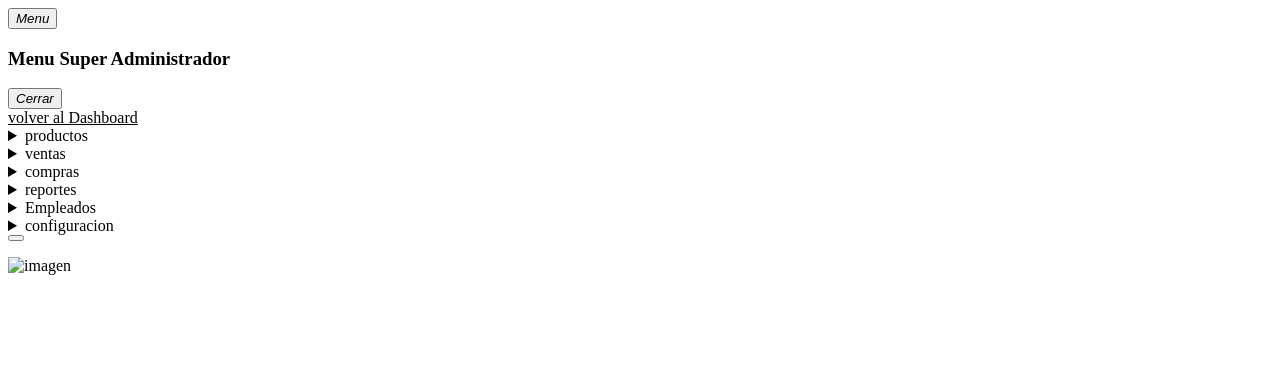
Repository: Rafa-x64/Gestion_inventario_practica
Page: http://localhost/Gestion_inventario/view/includes/header-admin.php
These files come from the project's save history. The page is drawn as it stood at one moment and after the next save; the edit follows.
The browser window is 1280 px wide. The pictures show the whole page.
The page is run by PHP 8.4 with error messages shown; the project is at /var/www/html/.

Above is the page before, as saved 2025-08-07 14:06:03.

After the next save:
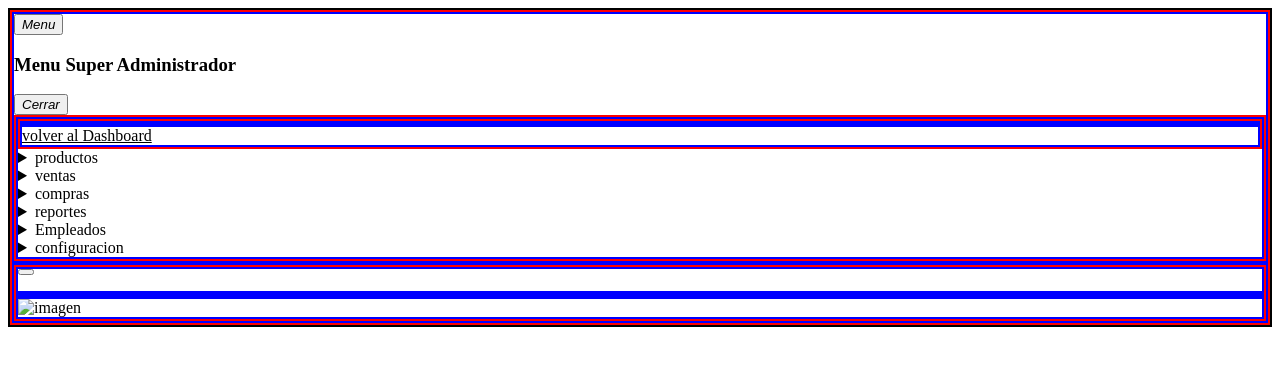
Saved 6 s later.
--- a/view/includes/header-admin.php
+++ b/view/includes/header-admin.php
@@ -1,4 +1,16 @@
-
+<style>
+    [class^="row"] {
+        border: 2px solid red;
+    }
+
+    [class^="col"] {
+        border: 2px solid blue;
+    }
+
+    [class^="container"] {
+        border: 2px solid black;
+    }
+</style>
 <header class="container-fluid" id="menu-superior">
     <div class="row bg-primary py-3">
         <!--parte izquierda del menu-superior-->
